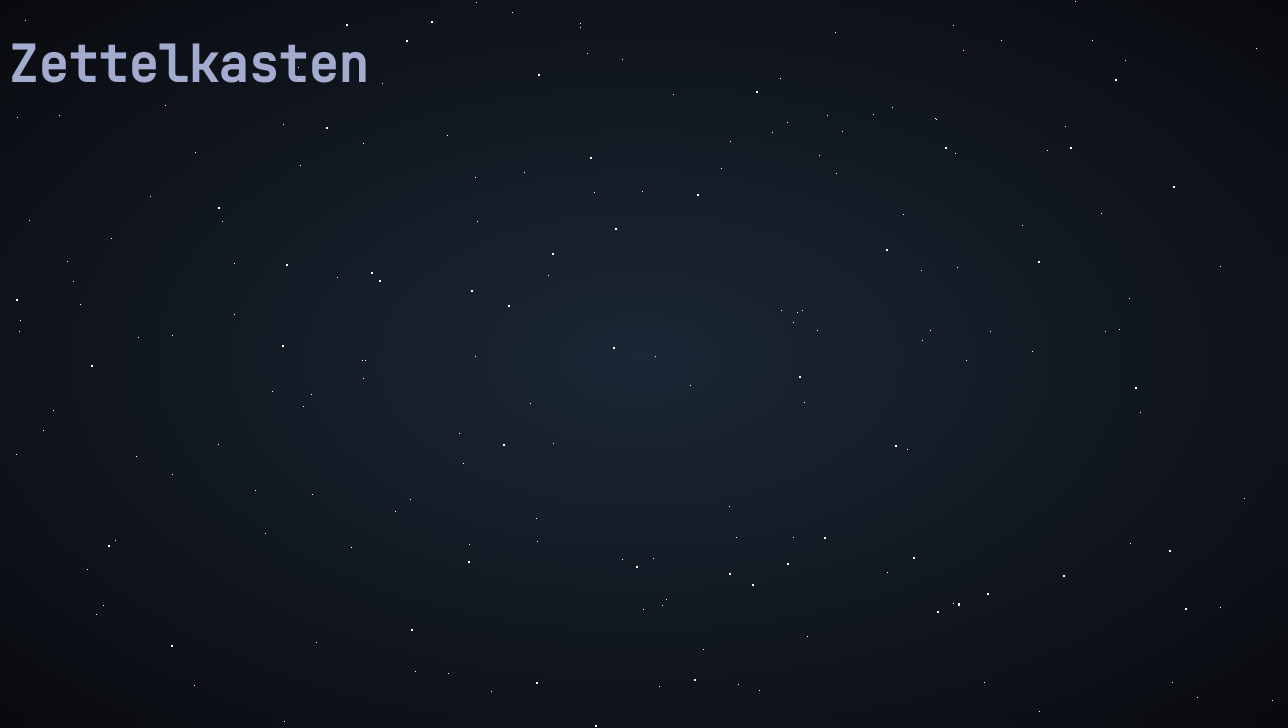
Repository: EliotKhachi/publicZk
Page: zettelkasten.html
These files come from the project's save history. The page is drawn as it stood at one moment and after the next save; the edit follows.
The browser window is 1280 px wide. The page is 1288 px wide, so the pictures cover 1288 px, including what lies to the right of the window. The pictures show the whole page.

Above is the page before, as saved 2023-10-01 17:31:40.

### zettelkasten.html
<!DOCTYPE html>
<html lang="en">
  <head>
    <meta charset="UTF-8" />
    <meta name="viewport" content="width=device-width, initial-scale=1.0" />
    <meta http-equiv="X-UA-Compatible" content="ie=edge" />
    <title>Eliot Khachi</title>
    <link rel="stylesheet" type="text/css" href="./zettelkasten.css" />
    <link
      href="https://fonts.googleapis.com/css2?family=JetBrains+Mono:wght@400&display=swap"
      rel="stylesheet"
    />
  </head>
  <body>
    <div class="wrapper">
      <div id="stars"></div>
      <div id="stars2"></div>
      <div id="stars3"></div>
    </div>
    <div class="parent">
      <h1 id="title">Zettelkasten</h1>
      <div class="container"></div>
    </div>
    <script src="js/script.js"></script>
  </body>
</html>

### zettelkasten.css
@import "stars.css"; /* BACKGROUND CSS */

/* CSS VARIABLES */
:root {
  --primary-color: #a3acce;
  --background-color-light: #1b2735;
  --background-color-medium: #091320;
  --background-color-dark: #090a0f;
  --text-opacity: 70%;
  --text-opacity-on-hover: 100%;
}

/* GENERAL CSS */
html {
    height: 100%;
    width: 100%;
}

img {
  width: 100%;
  height: 100%;
}

body {
  height: 100%;
  width: 100%;
  overflow: auto;
  background: radial-gradient(
    ellipse,
    var(--background-color-light) 0%,
    var(--background-color-dark) 100%
  );
  color: var(--primary-color);
  font-family: "JetBrains Mono", monospace;
}

h1 {
    margin-top: 20px;
    font-size: 50px;
}

h2 {
  margin: 20px;
  margin-bottom: 0px;
  font-size: 36px;
  line-height: 45px;
}

p {
  margin: 40px;
  font-size: 24px;
  line-height: 35px;
}

a {
  color: white;
  text-decoration: none;
}

a:hover {
  text-decoration: underline;
}

ul {
    font-size: 20px;
    line-height: 30px;

}

th, td {
    font-size: 20px;
    border: 3px solid var(--primary-color);
    padding: 8px;
    text-align: left;
}
th {
    font: bold;
    background-color: var(--primary-color);
    color: var(--background-color-dark);
}

Loaded but not shown: stars.css (507 lines, source omitted); script.js (no copy from this time; the picture is the same without it)

After the next save:
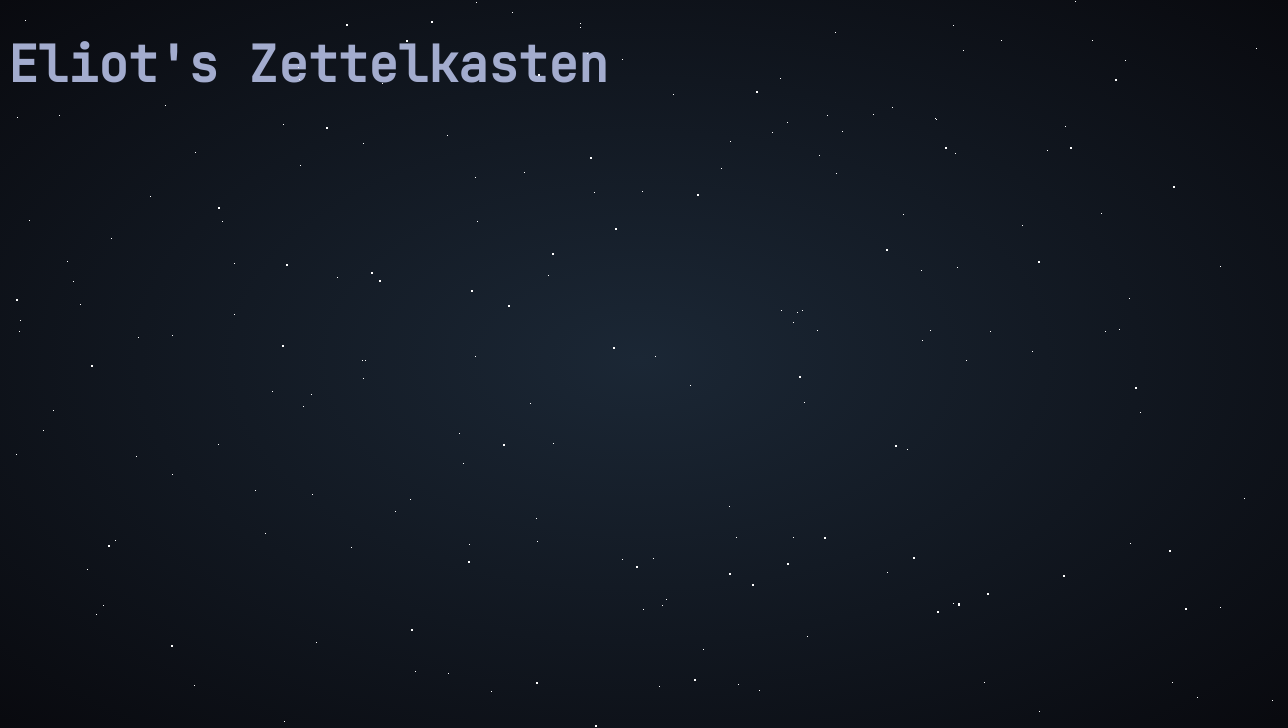
Saved 5 s later.
--- a/zettelkasten.html
+++ b/zettelkasten.html
@@ -18,7 +18,7 @@
       <div id="stars3"></div>
     </div>
     <div class="parent">
-      <h1 id="title">Zettelkasten</h1>
+      <h1 id="title">Eliot's Zettelkasten</h1>
       <div class="container"></div>
     </div>
     <script src="js/script.js"></script>
